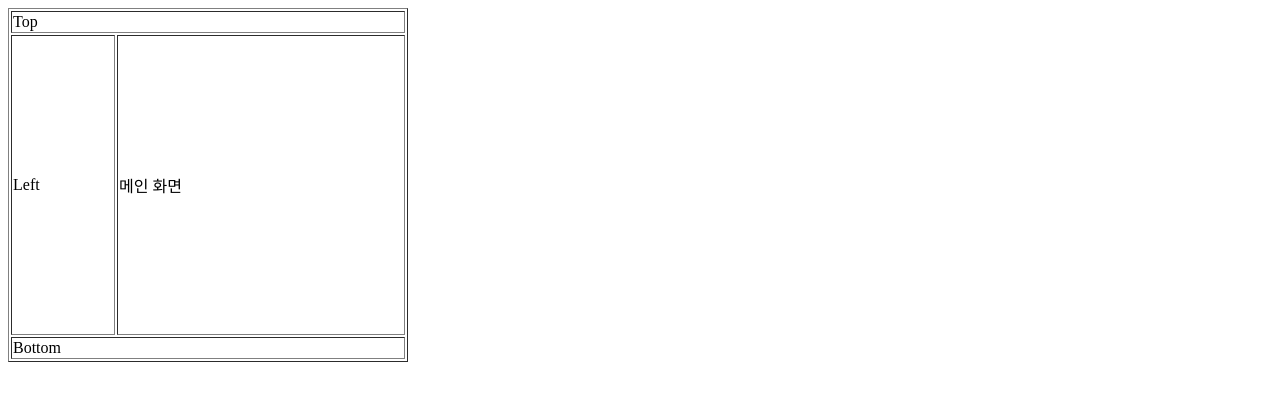
Repository: hyyrim/WebStudy
Page: http://localhost/WebApp19/Main.jsp
The author's editor kept a copy of each file at every save. The page is drawn from the files as they stood at one save, then again after the next save.
The browser window is 1280 px wide. The pictures show the whole page.
The page is served by Tomcat 9. Other server files are loaded and not shown.

Above is the page before, as saved 2021-05-20 07:37:39.

### WebApp19/WebContent/Main.jsp
<%@ page contentType="text/html; charset=UTF-8"%>
<!DOCTYPE html>
<html>
<head>
<meta charset="UTF-8">
<title>Main.jsp</title>
</head>
<body>

<div>
	<table style="width: 400px;" border="1">
		<tr>
			<td colspan="2">
				Top
			</td>
		</tr>
		<tr style="height: 300px;">
			<td style="width: 100px;">
				Left
			</td>
			<td>
				메인 화면
			</td>
		</tr>
		<tr>
			<td colspan="2">
				Bottom
			</td>
		</tr>
	</table>
</div>

</body>
</html>

### WebApp19/WebContent/css/main.css
@charset "UTF-8";

body, p, div, span, input, table, th, td, select
{
	font-size: 18px;
	font-family: 맑은 고딕;
	color: #343;


}

.control
{
	border: 1px solid gray;
	border-radius: 3px;
}

.table
{
	border-collapse: collapse;
	width: 100%;
}


.table th, .table td
{
	border: 1px solid gray;
	border-left: 0px;
	border-right: 0px;
	padding: 3px;
	line-height: 150%;
}

.table th
{
	font-weight: bold;
	background-color: #EEE;
}


.btn
{
	font-weight: bold;
}

.btn:hover
{
	color: orange;
	background-color: #778877;
}

After the next save:
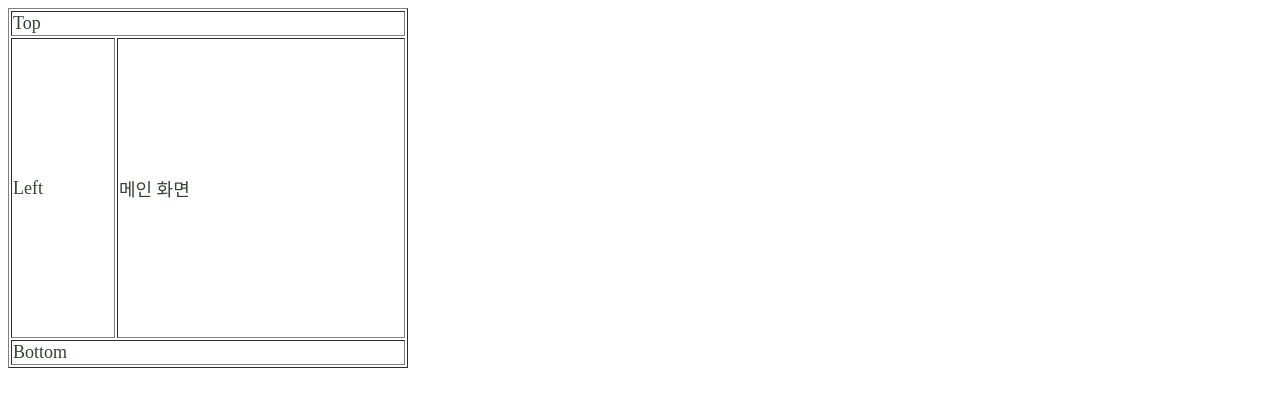
Saved 31 s later.
--- a/WebApp19/WebContent/Main.jsp
+++ b/WebApp19/WebContent/Main.jsp
@@ -4,6 +4,8 @@
 <head>
 <meta charset="UTF-8">
 <title>Main.jsp</title>
+<link rel="stylesheet" type="text/css" href="css/main.css"
+
 </head>
 <body>
 
